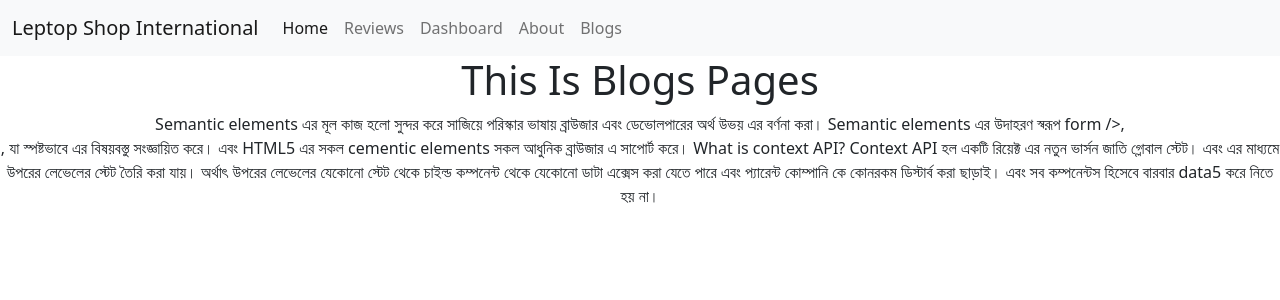
Repository: devsajid/product-analysis-website
Page: /Blogs
These files come from the project's save history. The page is drawn as it stood at one moment and after the next save; the edit follows.
The browser window is 1280 px wide. The pictures show the whole page.
The project was rebuilt for these pictures with package versions that can differ from the ones it lists, and the page was loaded fresh each time. Also part of the build but not shown: src/Components/Header/Headers.css, src/Components/Header/Headers.js, src/Components/reviewBox/ReviewBox.js, src/Components/Reviews/ReviewsHook.js, src/Components/Reviews/Reviews.js, src/Components/Home/Home.js, src/Components/AreaChert/styles.css, src/Components/AreaChert/AreaChert.js and 5 more.

Above is the page before, as saved 2022-08-03 22:05:19.

After the next save:
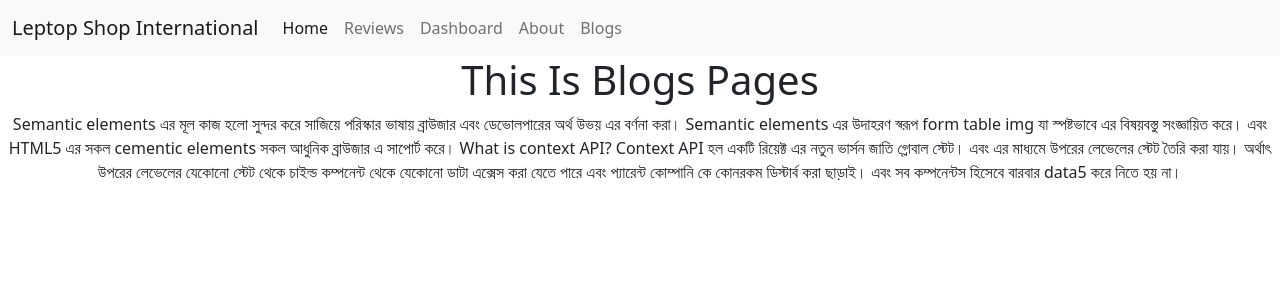
Saved 25 s later.
--- a/src/Components/Blogs/Blogs.js
+++ b/src/Components/Blogs/Blogs.js
@@ -9,14 +9,13 @@ export default function Blogs() {
       <p>
         Semantic elements এর মূল কাজ হলো সুন্দর করে সাজিয়ে পরিস্কার ভাষায়
         ব্রাউজার এবং ডেভোলপারের অর্থ উভয় এর বর্ণনা করা। Semantic elements এর
-        উদাহরণ স্বরূপ form />,
-        <table />,<img /> যা স্পষ্টভাবে এর বিষয়বস্তু সংজ্ঞায়িত করে। এবং HTML5
-        এর সকল cementic elements সকল আধুনিক ব্রাউজার এ সাপোর্ট করে। What is
-        context API? Context API হল একটি রিয়েক্ট এর নতুন ভার্সন জাতি গ্লোবাল
-        স্টেট। এবং এর মাধ্যমে উপরের লেভেলের স্টেট তৈরি করা যায়। অর্থাৎ উপরের
-        লেভেলের যেকোনো স্টেট থেকে চাইল্ড কম্পনেন্ট থেকে যেকোনো ডাটা এক্সেস করা
-        যেতে পারে এবং প্যারেন্ট কোম্পানি কে কোনরকম ডিস্টার্ব করা ছাড়াই। এবং সব
-        কম্পনেন্টস হিসেবে বারবার data5 করে নিতে হয় না।
+        উদাহরণ স্বরূপ form table img যা স্পষ্টভাবে এর বিষয়বস্তু সংজ্ঞায়িত করে।
+        এবং HTML5 এর সকল cementic elements সকল আধুনিক ব্রাউজার এ সাপোর্ট করে।
+        What is context API? Context API হল একটি রিয়েক্ট এর নতুন ভার্সন জাতি
+        গ্লোবাল স্টেট। এবং এর মাধ্যমে উপরের লেভেলের স্টেট তৈরি করা যায়। অর্থাৎ
+        উপরের লেভেলের যেকোনো স্টেট থেকে চাইল্ড কম্পনেন্ট থেকে যেকোনো ডাটা এক্সেস
+        করা যেতে পারে এবং প্যারেন্ট কোম্পানি কে কোনরকম ডিস্টার্ব করা ছাড়াই। এবং
+        সব কম্পনেন্টস হিসেবে বারবার data5 করে নিতে হয় না।
       </p>
     </div>
   );
